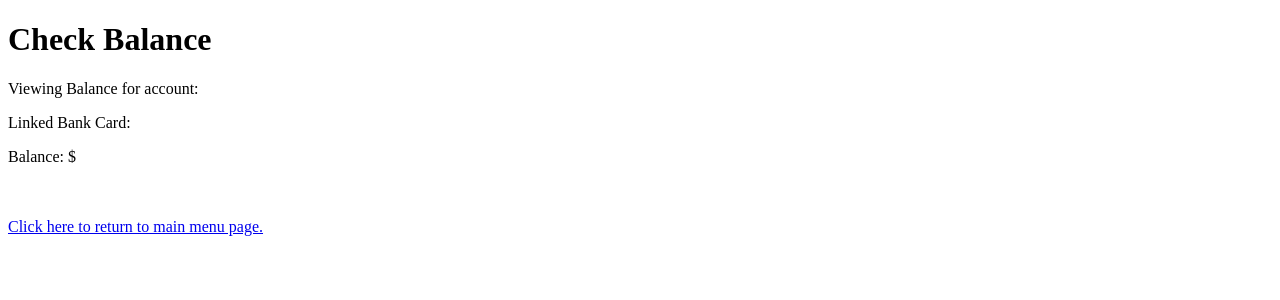
Repository: kingron98/SoftEng-Bank-Web-Application-
Page: http://localhost/SE3_BankWebApp/checkBalance.jsp
The author's editor kept a copy of each file at every save. The page is drawn from the files as they stood at one save, then again after the next save.
The browser window is 1280 px wide. The pictures show the whole page.
The page is served by Tomcat 9.

Above is the page before, as saved 2020-12-13 16:25:49.

After the next save:
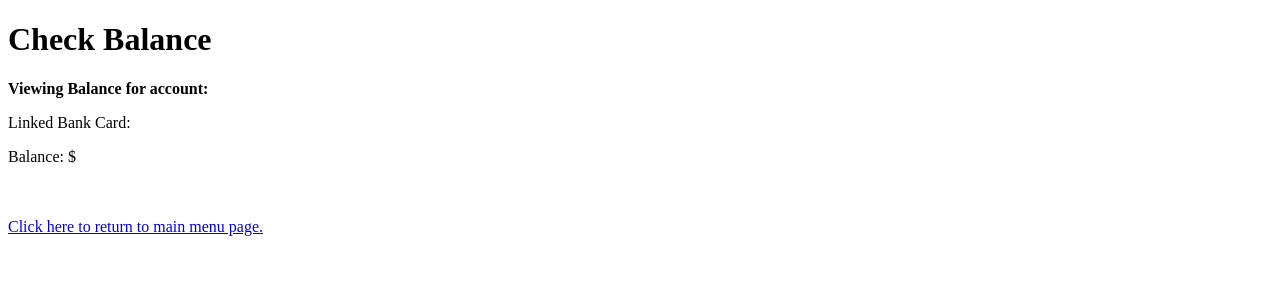
Saved 13 s later.
--- a/SE3 Bank App/Java/Workspace/SE3_BankWebApp/WebContent/checkBalance.jsp
+++ b/SE3 Bank App/Java/Workspace/SE3_BankWebApp/WebContent/checkBalance.jsp
@@ -18,7 +18,7 @@
 	<h1>Check Balance</h1>
 	<c:set var="bankaccount" value="${sessionScope.bankaccount}"/>
 	<c:set var="customer" value="${sessionScope.customer}"/>
-	<p>Viewing Balance for account: <c:out value="${bankaccount.accountId}"/></p>
+	<p><b>Viewing Balance for account:</b> <c:out value="${bankaccount.accountId}"/></p>
 	<p>Linked Bank Card: <c:out value="${customer.linkedBankCard}"/></p>
 	<p>Balance: $<c:out value="${bankaccount.balance}"/></p>
 	<br/>
